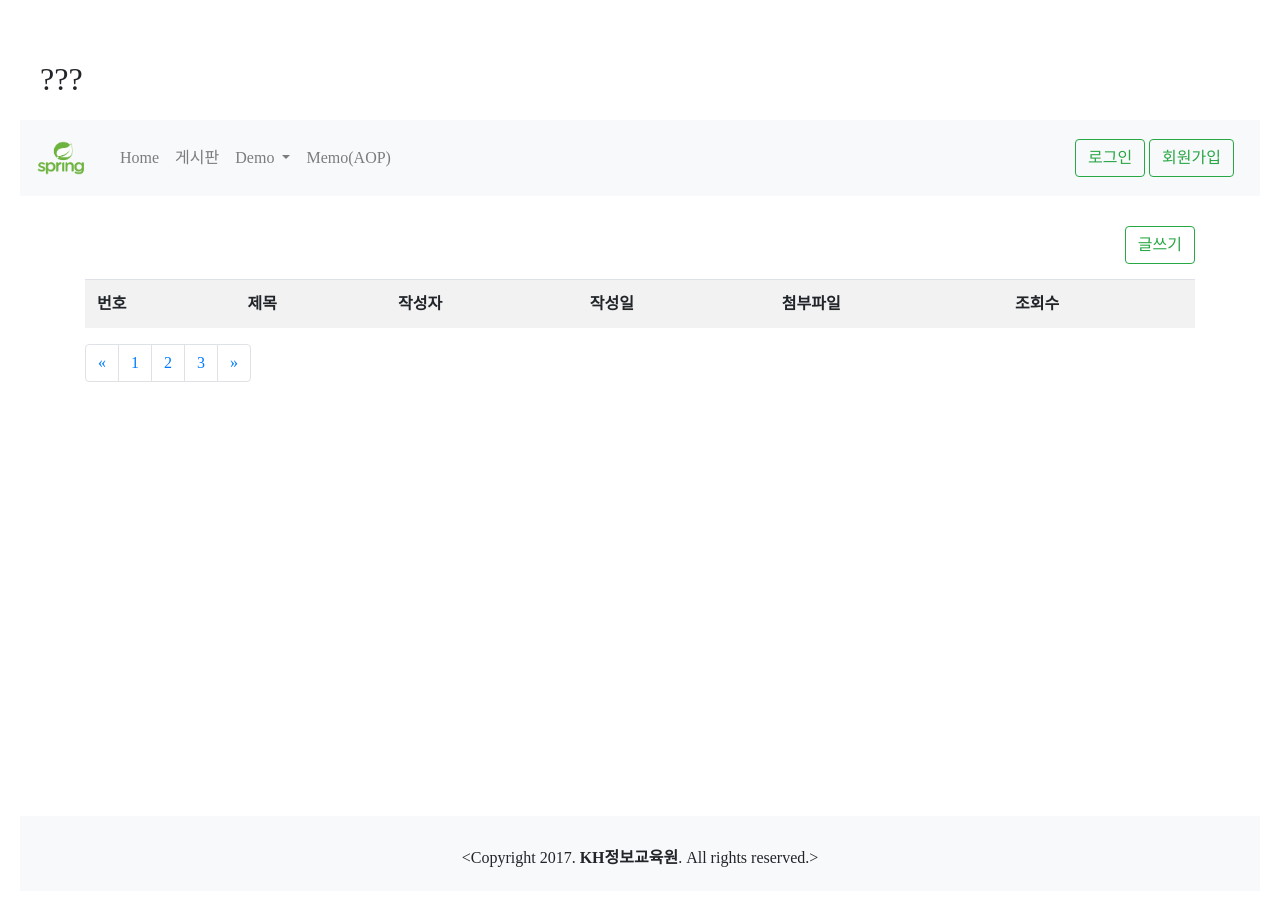
Repository: jsungl/SPRING-WORKSPACE
Page: http://localhost/hello-spring/WEB-INF/views/board/boardList.jsp
An editor plug-in stored every save of this project. The page is shown before and after the next save, followed by the edit.
The browser window is 1280 px wide. The pictures show the whole page.
The page is served by Tomcat 9. Nobody is signed in. Other server files are loaded and not shown. The template is opened directly, without the code that normally fills it, so the values that code supplies are empty.

Above is the page before, as saved 2021-05-25 16:23:20.

### hello-spring/src/main/webapp/WEB-INF/views/board/boardList.jsp
<%@ page language="java" contentType="text/html; charset=UTF-8"
    pageEncoding="UTF-8"%>
<%@ taglib prefix="c" uri="http://java.sun.com/jsp/jstl/core"%>
<%@ taglib prefix="fmt" uri="http://java.sun.com/jsp/jstl/fmt"%>
<%@ taglib prefix="fn" uri="http://java.sun.com/jsp/jstl/functions"%>
<jsp:include page="/WEB-INF/views/common/header.jsp">
	<jsp:param value="게시판" name="title"/>
</jsp:include>
<style>
/*글쓰기버튼*/
input#btn-add{float:right; margin: 0 0 15px;}
</style>
<script>
function goBoardForm(){
	location.href = "${pageContext.request.contextPath}/board/boardForm.do";
}
</script>
<section id="board-container" class="container">
	<input type="button" value="글쓰기" id="btn-add" class="btn btn-outline-success" onclick="goBoardForm();"/>
	<table id="tbl-board" class="table table-striped table-hover">
		<tr>
			<th>번호</th>
			<th>제목</th>
			<th>작성자</th>
			<th>작성일</th>
			<th>첨부파일</th> <!-- 첨부파일 있을 경우, /resources/images/file.png 표시 width: 16px-->
			<th>조회수</th>
		</tr>
		<c:forEach items="${list}" var="board">
		<tr>
			<td>${board.no}</td>
			<td>${board.title}</td>
			<td>${board.memberId}</td>
			<td><fmt:formatDate value="${board.regDate}" pattern="yy/MM/dd"/></td>
			<td>
				<%-- <c:if test="${board.attachCount > 0}">
					<img src="${pageContext.request.contextPath}/resources/images/file.png" width="16px" />
				</c:if> --%>
				<c:if test="${board.hasAttachment}">
					<img src="${pageContext.request.contextPath}/resources/images/file.png" width="16px" />
				</c:if>

			</td>
			<td>${board.readCount}</td>
		</tr>
		</c:forEach>
	</table>
	<nav aria-label="Page navigation example">
	  <ul class="pagination">
	    <li class="page-item">
	      <a class="page-link" href="#" aria-label="Previous">
	        <span aria-hidden="true">&laquo;</span>
	        <span class="sr-only">Previous</span>
	      </a>
	    </li>
	    <li class="page-item"><a class="page-link" href="#">1</a></li>
	    <li class="page-item"><a class="page-link" href="#">2</a></li>
	    <li class="page-item"><a class="page-link" href="#">3</a></li>
	    <li class="page-item">
	      <a class="page-link" href="#" aria-label="Next">
	        <span aria-hidden="true">&raquo;</span>
	        <span class="sr-only">Next</span>
	      </a>
	    </li>
	  </ul>
	</nav>
</section>

<jsp:include page="/WEB-INF/views/common/footer.jsp"></jsp:include>

### hello-spring/src/main/webapp/WEB-INF/views/common/header.jsp
<%@ page language="java" contentType="text/html; charset=UTF-8"
    pageEncoding="UTF-8"%>
<%@ taglib prefix="c" uri="http://java.sun.com/jsp/jstl/core"%>
<%@ taglib prefix="fmt" uri="http://java.sun.com/jsp/jstl/fmt"%>
<%@ taglib prefix="fn" uri="http://java.sun.com/jsp/jstl/functions"%>
<!DOCTYPE html>
<html>
<head>
<meta charset="UTF-8">
<title>${param.title}</title>

<script src="http://code.jquery.com/jquery-latest.min.js"></script>

<!-- bootstrap js: jquery load 이후에 작성할것.-->
<script src="https://cdnjs.cloudflare.com/ajax/libs/popper.js/1.14.3/umd/popper.min.js" integrity="sha384-ZMP7rVo3mIykV+2+9J3UJ46jBk0WLaUAdn689aCwoqbBJiSnjAK/l8WvCWPIPm49" crossorigin="anonymous"></script>
<script src="https://stackpath.bootstrapcdn.com/bootstrap/4.1.3/js/bootstrap.min.js" integrity="sha384-ChfqqxuZUCnJSK3+MXmPNIyE6ZbWh2IMqE241rYiqJxyMiZ6OW/JmZQ5stwEULTy" crossorigin="anonymous"></script>

<!-- bootstrap css -->
<link rel="stylesheet" href="https://stackpath.bootstrapcdn.com/bootstrap/4.1.0/css/bootstrap.min.css" integrity="sha384-9gVQ4dYFwwWSjIDZnLEWnxCjeSWFphJiwGPXr1jddIhOegiu1FwO5qRGvFXOdJZ4" crossorigin="anonymous">

<!-- 사용자작성 css -->
<link rel="stylesheet" href="${pageContext.request.contextPath }/resources/css/style.css" />
<%-- <c:if test="${not empty msg}">
<script>
	alert("${msg}");
</script>

</c:if> --%>

</head>
<body>
<div id="container">
	<header>
		<div id="header-container">
			<h2>${param.title}</h2>
		</div>
		<!-- https://getbootstrap.com/docs/4.0/components/navbar/ -->
		<nav class="navbar navbar-expand-lg navbar-light bg-light">
			<a class="navbar-brand" href="#">
				<img src="${pageContext.request.contextPath }/resources/images/logo-spring.png" alt="스프링로고" width="50px" />
			</a>
			<button class="navbar-toggler" type="button" data-toggle="collapse" data-target="#navbarNav" aria-controls="navbarNav" aria-expanded="false" aria-label="Toggle navigation">
				<span class="navbar-toggler-icon"></span>
		  	</button>
			<div class="collapse navbar-collapse" id="navbarNav">
				<ul class="navbar-nav mr-auto">
			    	<li class="nav-item"><a class="nav-link" href="${pageContext.request.contextPath}">Home</a></li>
                    <li class="nav-item"><a class="nav-link" href="${pageContext.request.contextPath}/board/boardList.do">게시판</a></li>
                    <!-- 데모메뉴 DropDown -->
                    <!--https://getbootstrap.com/docs/4.1/components/navbar/#supported-content-->
                    <li class="nav-item dropdown">
                        <a class="nav-link dropdown-toggle" href="#" id="navbarDropdown" role="button" data-toggle="dropdown" aria-haspopup="true" aria-expanded="false">
                            Demo
                        </a>
                        <div class="dropdown-menu" aria-labelledby="navbarDropdown">
                            <a class="dropdown-item" href="${pageContext.request.contextPath}/demo/devForm.do">Dev 등록</a>
                            <a class="dropdown-item" href="${pageContext.request.contextPath}/demo/devList.do">Dev 목록</a>
                        </div>
				    </li>
				    <li class="nav-item"><a class="nav-link" href="${pageContext.request.contextPath}/memo/memo.do">Memo(AOP)</a></li>
			    </ul>
			    <c:if test="${loginMember == null}">
			    <%-- 로그인 이전 --%>
			    <button class="btn btn-outline-success my-2 my-sm-0" type="button" onclick="location.href='${pageContext.request.contextPath}/member/memberLogin.do';">
			    	로그인
			    </button>
                &nbsp;
                <button class="btn btn-outline-success my-2 my-sm-0" type="button" onclick="location.href='${pageContext.request.contextPath}/member/memberEnroll.do';">
                	회원가입
                </button>
                </c:if>
                <c:if test="${loginMember != null}">
                <%-- 로그인 이후 --%>
			    <span><a href="${pageContext.request.contextPath}/member/memberDetail.do">${loginMember.name}</a>님, 안녕하세요</span>
			    &nbsp;
			    <button
			    	class="btn btn-outline-success my-2 my-sm-0"
			    	onclick="location.href='${pageContext.request.contextPath}/member/memberLogout.do';"
			    	type="button" >로그아웃</button>
			    </c:if>
			 </div>
		</nav>
	</header>
	<section id="content">
	<c:if test="${not empty msg}">
		<div class="alert alert-warning alert-dismissible fade show" role="alert">
		  <strong>${msg}</strong>
		  <button type="button" class="close" data-dismiss="alert" aria-label="Close">
		    <span aria-hidden="true">&times;</span>
		  </button>
		</div>
	</c:if>

### hello-spring/src/main/webapp/WEB-INF/views/common/footer.jsp
<%@ page language="java" contentType="text/html; charset=UTF-8"
    pageEncoding="UTF-8"%>
</section>
	<footer>
		<p>&lt;Copyright 2017. <strong>KH정보교육원</strong>. All rights reserved.&gt;</p>
	</footer>

</div>
</body>
</html>

### hello-spring/src/main/webapp/resources/css/style.css
@CHARSET "UTF-8";
body {font-family:"휴먼모음T";}
div, section, header, aside, footer {padding:10px;}

/********** 전체컨테이너 **********/
div#container	{}

/********** header **********/
header div#header-container {height:100px;}
header div#header-container h2 	{margin:30px 10px 0px 10px;}


/********** content **********/
section#content		{min-height:600px;}


/********** footer **********/
footer	{background-color:#f8f9fa; background-clip:content-box; clear:both; height:95px; text-align:center;}
footer p 	{margin-top:30px;}

After the next save:
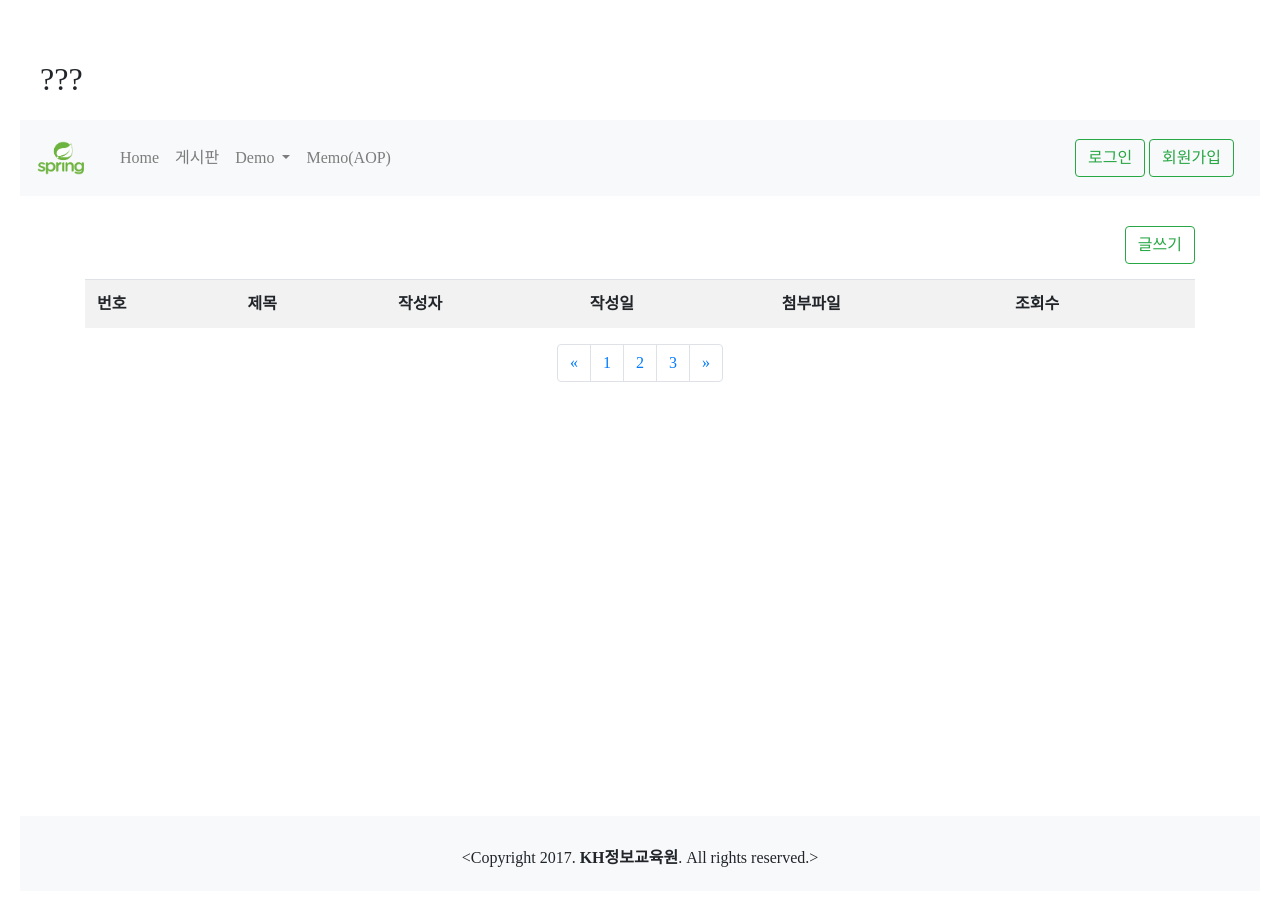
Saved 2 min 41 s later.
--- a/hello-spring/src/main/webapp/WEB-INF/views/board/boardList.jsp
+++ b/hello-spring/src/main/webapp/WEB-INF/views/board/boardList.jsp
@@ -46,7 +46,7 @@ function goBoardForm(){
 		</c:forEach>
 	</table>
 	<nav aria-label="Page navigation example">
-	  <ul class="pagination">
+	  <ul class="pagination justify-content-center">
 	    <li class="page-item">
 	      <a class="page-link" href="#" aria-label="Previous">
 	        <span aria-hidden="true">&laquo;</span>
